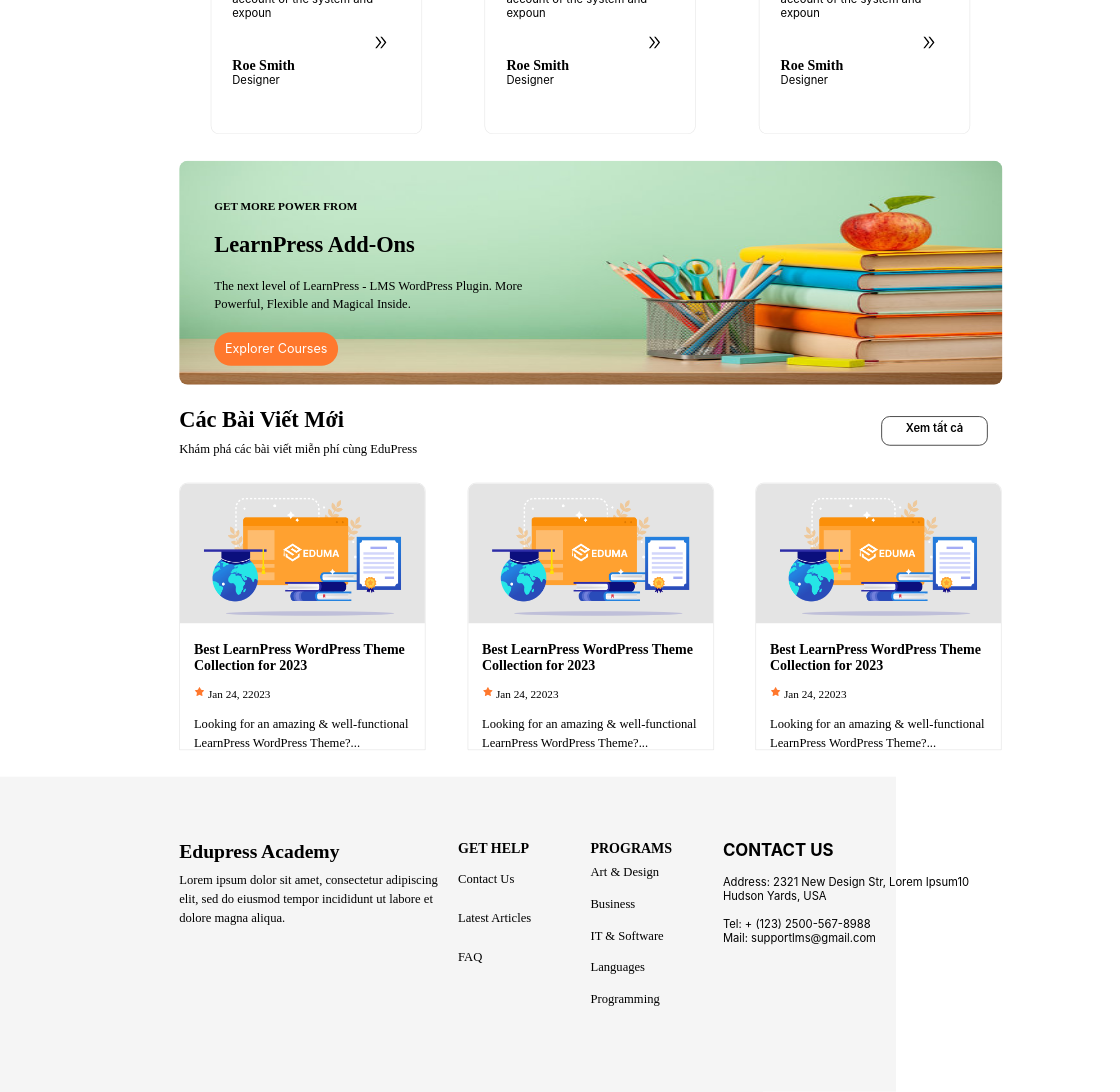
Repository: hieu1802/WebsiteEdupress
Page: / (app in my-app/)
These files come from the project's save history. The page is drawn as it stood at one moment and after the next save; the edit follows.
The browser window is 1280 px wide. The page is 1600 px wide, so the pictures cover 1600 px, including what lies to the right of the window. The pictures show the part of the page from y = 4281 to 5841 px (the page is 5841 px tall), at 70% of full size.
The project was rebuilt for these pictures with package versions that can differ from the ones it lists, and the page was loaded fresh each time. Also part of the build but not shown: my-app/src/App.css.

Above is the page before, as saved 2024-08-08 12:46:36.

After the next save:
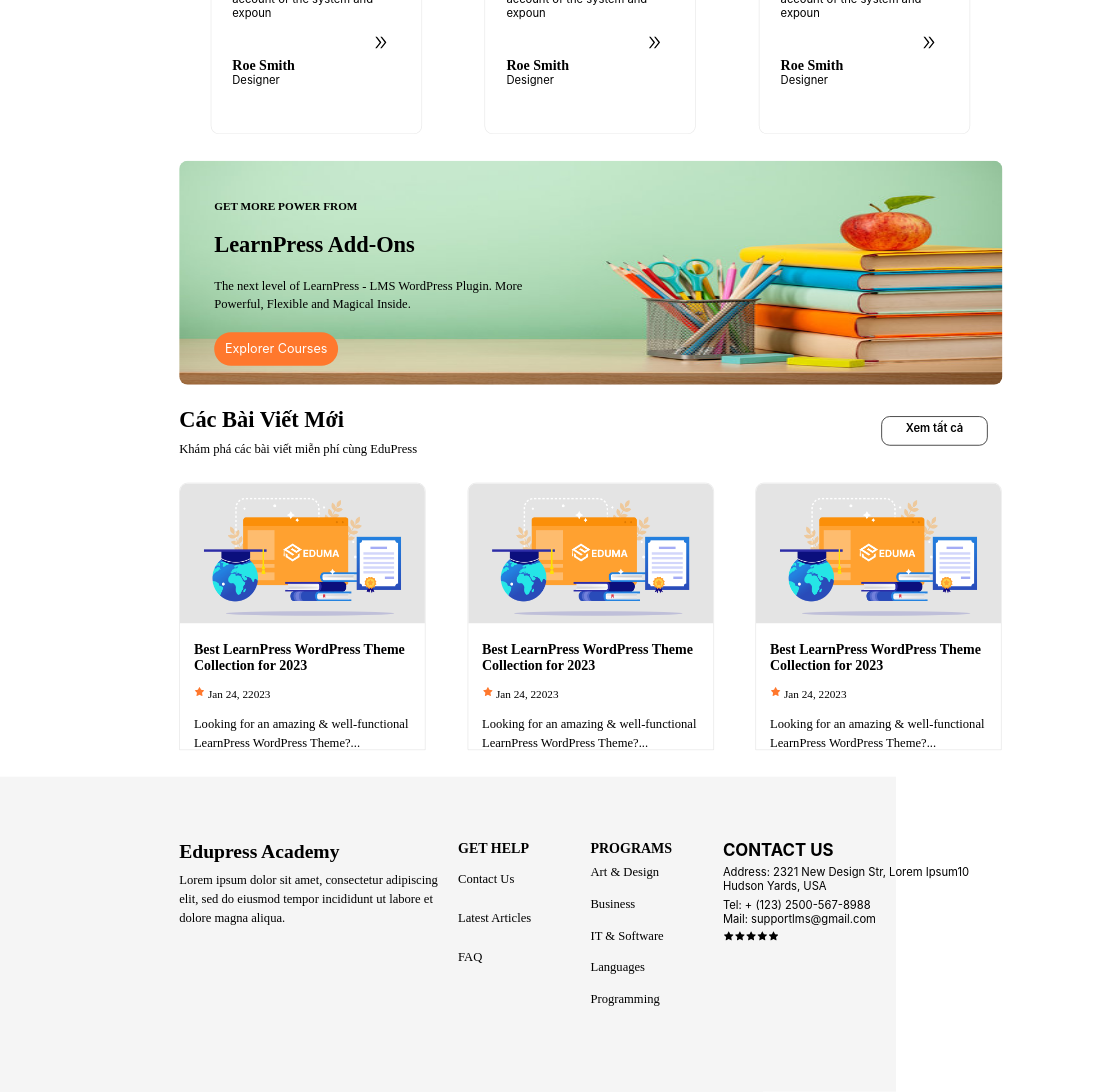
Saved 2 min 5 s later.
--- a/my-app/src/Components/HomePage/Footer.jsx
+++ b/my-app/src/Components/HomePage/Footer.jsx
@@ -1,4 +1,5 @@
 import React from 'react'
+import { AiFillStar} from "react-icons/ai";
 
 function Footer() {
   return (
@@ -27,6 +28,7 @@
                 <p>Address: 2321 New Design Str, Lorem Ipsum10 Hudson Yards, USA</p>
                 <p>Tel: + (123) 2500-567-8988<br/>
                 Mail: supportlms@gmail.com</p>
+                <span><AiFillStar/><AiFillStar/><AiFillStar/><AiFillStar/><AiFillStar/></span>
             </div>
         </div>
     </div>
